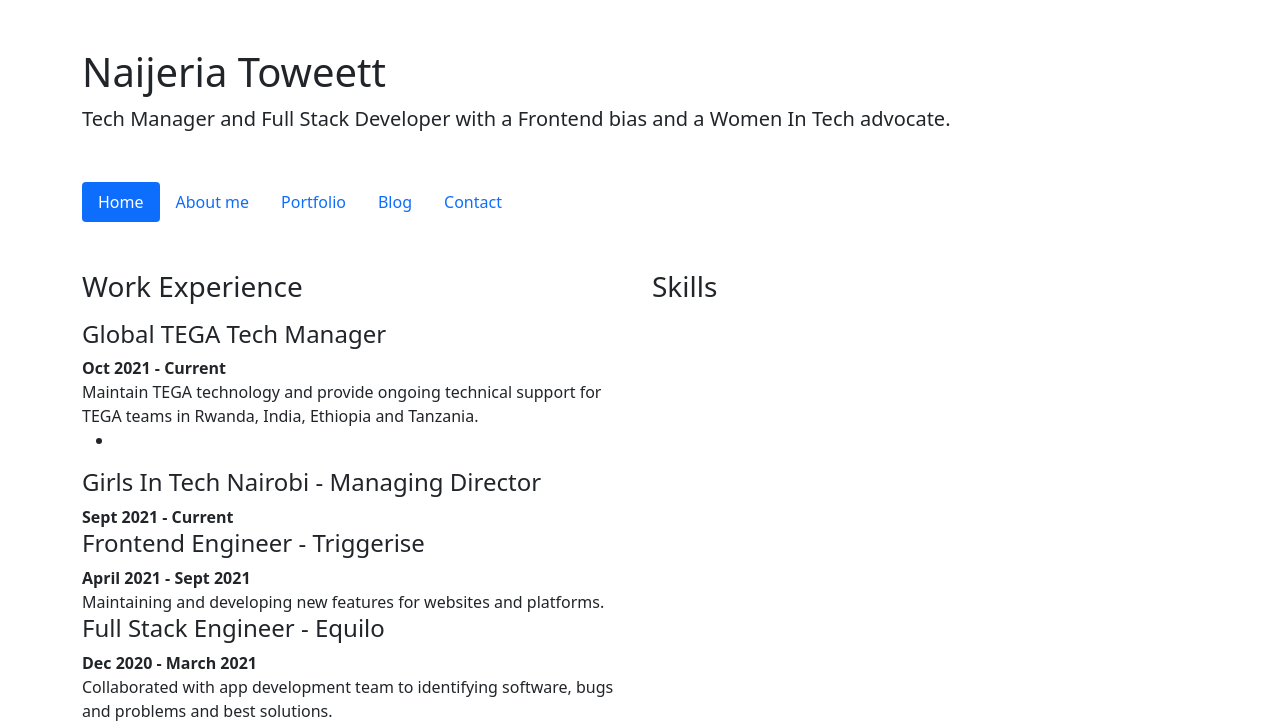
Repository: mamatechafrica/portfolio
Page: index.html
An editor plug-in stored every save of this project. The page is shown before and after a run of saves, followed by the edit.
The browser window is 1280 px wide. The pictures show the whole page.

Above is the page before, as saved 2022-01-04 14:20:02.

After the next 2 saves:
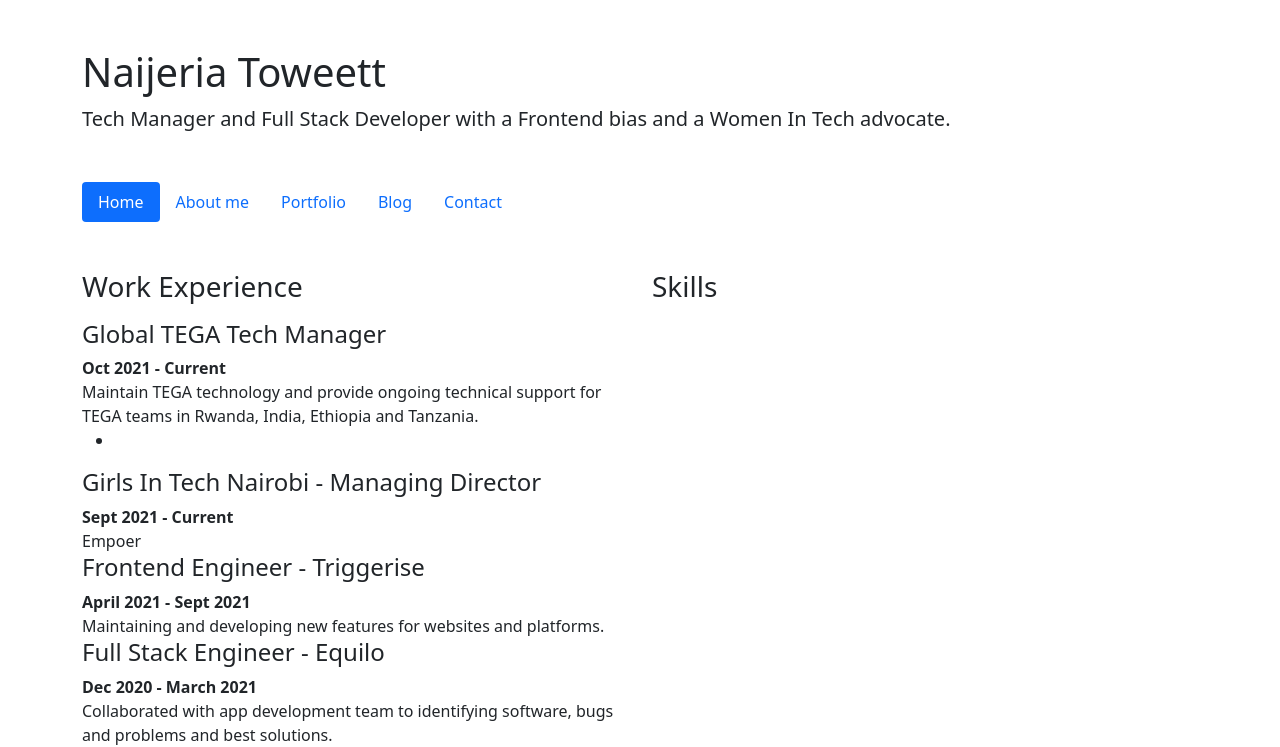
The 2 saves are shown as one change because they came seconds apart.
The last was saved 3 min 46 s later.
--- a/index.html
+++ b/index.html
@@ -56,6 +56,7 @@
                     <div>
                         <strong>Sept 2021 - Current</strong>
                     </div>
+                        Empoer
                     <h4>Frontend Engineer - Triggerise</h4>
                     <div>
                         <strong>April 2021 - Sept 2021</strong>
